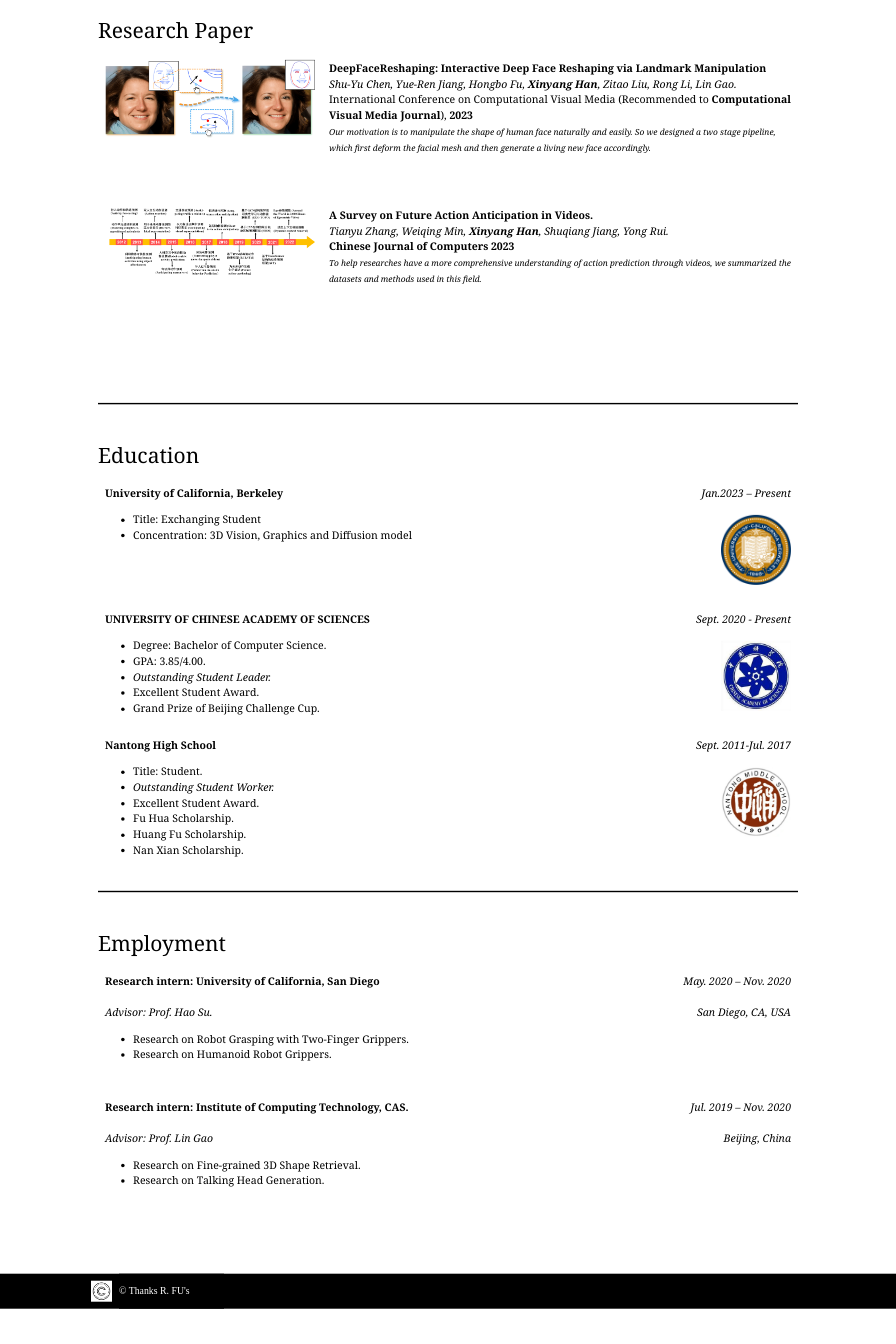
Repository: XinyangHan/XinyangHan.github.io
Page: index.html
These files come from the project's save history. The page is drawn as it stood at one moment and after the next save; the edit follows.
The browser window is 1280 px wide. The pictures show the part of the page from y = 661 to 2581 px (the page is 2581 px tall before and 2102 px after), at 70% of full size.

Above is the page before, as saved 2023-02-11 14:37:39.
Console error (its wording comes from the project's code and is left out).

### index.html
<!DOCTYPE html>
<html>

<head>
	<meta charset="utf-8">
	<meta name="keywords" content="Rao FU, Rao FU, Rao Fu Homepage, Rao Fu Webpage, Rao Fu UCAS, Rao Fu Brown">
	<meta name="description" content="Rao FU's homepage">
	<meta name="viewport" content="width=device-width, initial-scale=1">
	<title>Rao FU | Homepage</title>
	<link href="style.css" rel="stylesheet" />
	<style>
	</style>



</head>

<body>
<!-------------------------------------------------- Header -------------------------------------------------->
<div id="header">
	<h1> Xinyang Han </h1>
	<h2>Computer Vision/Computer Graphics/Deep Learning</h2>
</div><!-- Header -->

<!-------------------------------------------------- Navbar -------------------------------------------------->
<div id="nav-wrapper">
<div id="nav">
			<button class="btn active" onclick="window.location.href = './index.html#content_home';">Home</button>
			<button class="btn" onclick="window.location.href = './index.html#content_project';">Research</button>
			<button class="btn" onclick="window.location.href = './index.html#content_exp';">Experience</button>
			<button class="btn" onclick="window.location.href = './resource/My_CV.pdf'; target='_blank'; ">CV</button>
			<button class="btn" onclick="window.location.href = './index.html#c_contact_biography';">Contact</button>
			<!-- <a href="./index.html#content_home" class="active">Home</a>  -->
			<!-- <a href="./index.html#content_project">Research</a> -->
			<!-- <a href="./index.html#content_exp">Experience</a> -->
			<!-- <a href="./resource/MY_CV.pdf">CV</a> -->
			<!-- <a href="./index.html#c_contact_biography">Contact</a> -->
</div> <!-- #nav -->
</div>

<!-------------------------------------------------- Script -------------------------------------------------->
<script>
	// Get the container element
	var btnContainer = document.getElementById("nav");

	// Get all buttons with class="btn" inside the container
	var btns = btnContainer.getElementsByClassName("btn");

	// Loop through the buttons and add the active class to the current/clicked button
	for (var i = 0; i < btns.length; i++) {
	btns[i].addEventListener("click", function() {
		var current = document.getElementsByClassName("active");
		current[0].className = current[0].className.replace(" active", "");
		this.className += " active";
	});
	}
</script>

<!-------------------------------------------------- Content Home-------------------------------------------------->
<div class="content"  id="content_home">

	<div class="c_home_wrapper">
		<div id="c_biography">
			<strong id="c_font1">Hello,</strong><br>
			<span class="c_font2">a bit about me:</span><br>
			<p class="c_font3">
				I am a concurrent student at UC Berkeley, and an undergraduate an UCAS, where I am happy to work with Prof. Lin Gao and Prof. Shuqiang Jiang.
			</p>
			<p class="c_font3">
				My research intereset lies in 3D Generation models and Logical thinking of artificial intelligence.
			</p>
			<p class="c_font3">
				I am passionate about digital art, reading, hiking and making friends.
			</p>
		</div>

		<div id="c_profile">
			<div class="c_thumbnail">
				<img src="img/round_profile.png" id="buttons" alt="profile_button" >
				<div class="overlay">
					<p>
						勿戳！<br>
						Don't poke my cheeks!<br>
						¡no me toques las mejillas! <br>
						मेरे गाल मत दबाओ! <br>
						আমার গালে খোঁচা দিও না! <br>
						não cutuque minhas bochechas! <br>
						не тыкай меня в щеки! <br>
						私の頬をつつかないで！ <br>
						ਮੇਰੀਆਂ ਗੱਲ੍ਹਾਂ ਨੂੰ ਨਾ ਮਾਰੋ! <br>
						唔好戳我嘅脸颊！<br>
						đừng chọc má tôi!<br>
						నా బుగ్గలు కుట్టకు!<br>
						yanaklarımı dürtme!<br>
						내 뺨을 찌르지 마! <br>
						ne touchez pas mes joues!<br>
						stoß mir nicht in die Wangen!<br>
						என் கன்னங்களை குத்தாதே!<br>
						میرے گالوں کو مت مارو!<br>
						ojo nyocot pipiku!<br>
						non toccarmi le guance!<br>
						لا تكز خدي!<br>
					</p>
				</div>
			</div>
		</div>

		<div id="c_info">
			<!-- <strong id="c_font4">And more</strong><br>
			<strong id="c_font4">about me</strong><br> -->
			<span class="c_font2_1"> and more about me... </span><br>
			<!-- CONTENT TODO -->
			<div class="thumbnail">
				<img src="img/email_icon.jpg" id="button0" alt="email_button" >
				<div class="overlay" onclick="window.location.href = 'hanxinyang20a@mails.ucas.ac.cn';" >
					<p>Email to<br>Say Hi</p>
				</div>
			</div> <!-- .thumbnail -->


			<div class="thumbnail">
				<img src="img/cv_icon.jpg" id="button1" alt="cv_button" >
				<div class="overlay"  onclick="window.location.href='./resource/Xinyang_Han_CV.pdf'; " >
					<p>CV/<br>Resume</p>
				</div>
			</div> <!-- .thumbnail -->

			<!-- <div class="thumbnail">
				<img src="img/gs_icon.png" id="button2" alt="google_button" >
				<div class="overlay" onclick="window.location.href = 'https://scholar.google.com/citations?hl=en&user=VWMWQEcAAAAJ';" >
					<p>Google<br>Scholar</p>
				</div>
			</div>  -->

			<div class="thumbnail">
				<img src="img/linkedin_icon.png" id="button3" alt="lkin_icon" >
				<div class="overlay" onclick="window.location.href = 'https://www.linkedin.com/in/xinyang-han-313bba265/;" >
					<p>LinkedIn<br>Profile</p>
				</div>
			</div> <!-- .thumbnail -->

			<div class="thumbnail">
				<img src="img/ucas_button.png" id="button4" alt="ucas_button" >
				<div class="overlay" onclick="window.location.href = 'https://en.wikipedia.org/wiki/University_of_the_Chinese_Academy_of_Sciences/';" >
					<p>B.E.@<br>UCAS</p>
				</div>
			</div> <!-- .thumbnail -->

			<div class="thumbnail">
				<img src="img/Seal_of_University_of_California,_Berkeley.svg.png" id="button5" alt="brown_button">
				<div class="overlay" onclick="window.location.href = 'https://www.berkeley.edu/';" >
					<p>Exchanging student.@<br>UCB
					</p>
				</div>
			</div> <!-- .thumbnail -->

			<!--<div class="thumbnail">
				<img src="img/cat_icon.jpg" id="button6" alt="cat_button">
				<div class="overlay" onclick="window.location.href = 'https://instagram.com/inocchi_mew?r=nametag';" >
					<p>My Cat<br>Inocchi
					</p>
				</div>
			</div>  .thumbnail -->

			<div class="thumbnail">
				<img src="img/art_icon.jpg" id="button6" alt="art_button">
				<div class="overlay" onclick="window.location.href = './index.html#content_home';" >
					<p>Arts<br>Todo...</p>
				</div>
			</div> <!-- .thumbnail -->

		</div>
	</div><!-- Home Wrapper-->

	<div class="clearfloat"></div>
</div><!-- Content Home-->

<!-------------------------------------------------- Content Project -------------------------------------------------->
<div class="content">

	<div class="c_public_wrapper" id="content_project">
		<div class="c_font1_1">Research Paper</div>

		<div class="c_public">
			<div class="disp_wrapper">
				<!-- <a href="./img/HRFormer.png" data-lightbox="project1" data-title="HRFormer2 Structure"> -->
					<img src="./img/DeepFaceReshaping.png" class="project_img" title="ShapeCrafter Structure">
				<!-- </a> -->
				<!-- <p class="small_font">click image for details</p> -->
			</div>
			<strong>DeepFaceReshaping: Interactive Deep Face Reshaping via Landmark Manipulation</strong>
			<br><em>Shu-Yu Chen, Yue-Ren Jiang, Hongbo Fu, <strong>Xinyang Han</strong>, Zitao Liu, Rong Li, Lin Gao. </em>
			<br>International Conference on Computational Visual Media (Recommended to <strong>Computational Visual Media Journal</strong>), <strong>2023</strong></em>
			<br><em class="small_font">Our motivation is to manipulate the shape of human face naturally and easily. So we designed a two stage pipeline, which first deform the facial mesh and then generate a living new face accordingly.</em>
			<!-- <br><a href="https://arxiv.org/abs/2207.09446" class="small_font">[paper]</a>
			<a href="https://ivl.brown.edu/projects/shapecrafter" class="small_font">[project]</a>	-->
		</div>

		<div class="c_public">
			<div class="disp_wrapper">
				<!-- <a href="./img/HRFormer.png" data-lightbox="project1" data-title="HRFormer2 Structure"> -->
					<img src="./img/ai_prediction.png" class="project_img" title="ShapeCrafter Structure">
				<!-- </a> -->
				<!-- <p class="small_font">click image for details</p> -->
			</div>
			<strong>A Survey on Future Action Anticipation in Videos.</strong>
			<br><em>Tianyu Zhang, Weiqing Min, <strong>Xinyang Han</strong>, Shuqiang Jiang, Yong Rui. </em>
			<br><strong>Chinese Journal of Computers 2023</strong></em>
			<br><em class="small_font">To help researches have a more comprehensive understanding of action prediction through videos, we summarized the datasets and methods used in this field.</em>
			<!-- <br><a href="https://arxiv.org/abs/2207.09446" class="small_font">[paper]</a>
			<a href="https://ivl.brown.edu/projects/shapecrafter" class="small_font">[project]</a>	-->
		</div>

	</div>
	<div class="clearfloat"></div>
</div><!-- Content Project-->

<!-------------------------------------------------- Content Experiment-------------------------------------------------->
<div class="content">

	<div class="c_education_wrapper" id="content_exp">
		<div class="c_font1_1">Education</div>

		<div class="c_education">
			<strong>University of California, Berkeley</strong>
			<em class="dates">Jan.2023 – Present</em>
			<div class="clearfloat"></div>
			<div class="logo_wrapper">
				<img class="schoollogo" src="./img/Seal_of_University_of_California,_Berkeley.svg.png" alt="BROWN Logo" />
			</div>
			<ul>
			<li>Title: Exchanging Student</li>
			<li>Concentration: 3D Vision, Graphics and Diffusion model</li>
			</ul>
		</div>

		<div class="c_education">
			<strong>UNIVERSITY OF CHINESE ACADEMY OF SCIENCES</strong>
			<em class="dates">Sept. 2020 - Present</em>
			<div class="clearfloat"></div>
			<div class="logo_wrapper">
				<img class="schoollogo" src="./img/cas_logo.jpg" alt="CAS Logo" />
			</div>
			<ul>
			<li>Degree: Bachelor of Computer Science.</li>
			<li>GPA: 3.85/4.00.</li>
			<!-- <li>Core GPA: 3.82/4.00.</li> -->
			<li><em>Outstanding Student Leader.</em> </li>
			<li><em></em>Excellent Student Award.</em></li>
			<li><em></em>Grand Prize of Beijing Challenge Cup.</em></li>
			</ul>
		</div>

		<!-- <div class="c_education">
			<strong>UNIVERSITY OF SOUTHERN CALIFORNIA</strong>
			<em class="dates">Jan. 2020-May. 2020</em>
			<div class="clearfloat"></div>
			<div class="logo_wrapper">
				<img class="schoollogo" src="./img/usc_logo.png" alt="USC Logo" />
			</div>
			<ul>
			<li>Title: Visiting Student.</li>
			<li>GPA: 4.00/4.00.</li>
			</ul>

		</div> -->

		<div class="c_education">
			<strong>Nantong High School</strong>
			<em class="dates">Sept. 2011-Jul. 2017</em>
			<div class="clearfloat"></div>
			<div class="logo_wrapper">
				<img class="schoollogo" src="./img/nantong.png" alt="USC Logo" />
			</div>
			<ul>
			<li>Title: Student.</li>
			<!-- <li>GPA: 3.9/4.0.</li> -->
			<li><em>Outstanding Student Worker.</em> </li>
			<li><em></em>Excellent Student Award.</em></li>
			<li><em></em>Fu Hua Scholarship.</em></li>
			<li><em></em>Huang Fu Scholarship.</em></li>
			<li><em></em>Nan Xian Scholarship.</em></li>
			</ul>

		</div>
	</div>

	<div class="c_intern_wrapper">
		<div class="c_font1_1">Employment</div>
		<div class="c_intern">
			<strong>Research intern: University of California, San Diego</strong>
				<em class="dates">May. 2020 – Nov. 2020</em>
			<br><br><em>Advisor: Prof. Hao Su.</em><em class="dates">San Diego, CA, USA</em>
			<ul>
				<li>Research on Robot Grasping with Two-Finger Grippers.</li>
				<li>Research on Humanoid Robot Grippers.</li>
			</ul>
		</div>

		<div class="c_intern">
				<strong>Research intern: Institute of Computing Technology, CAS.</strong>
					<em class="dates">Jul. 2019 – Nov. 2020</em>
				<br><br><em>Advisor: Prof. Lin Gao</em> <em class="dates">Beijing, China</em>
				<ul>
					<li>Research on Fine-grained 3D Shape Retrieval.</li>
					<li>Research on Talking Head Generation.</li>
				</ul>
		</div>
	</div>

	<div class="clearfloat"></div>

</div><!-- Content Experiment-->

<!-------------------------------------------------- Content Contact-------------------------------------------------->
<!--<div class="content">
	<div class="c_contact_wrapper">
	<!-- 	<div id="c_contact_biography">
			<span class="c_font1_1">Contact me:</span><br>
			<p class="c_font3">
			Email: <a href="mailto:rao_fu@brown.edu">rao_fu@brown.edu</a>
			</p>
			<p class="c_font3">
			Mail: Brown University Box 1910, Providence, RI 02912
			</p>
		</div> -->

		<!--<div id="c_contact_profile">
			<span class="c_font1_1">Buy me a Boba:</span><br>
			<p class="c_font3">
			If you like my homepage and think it's useful, welcome to buy me a Boba via Wechat or Paypal down here:
			</p>
			<div id="c_contact_thumbnail_1">
			</div>
			<div id="c_contact_thumbnail_2">
			</div>
		</div>

		<div class="clearfloat"></div>
	</div><!-- Content Contact Wrapper-->
<!--</div> Content Contact -->


<div class="clearfloat"></div>
<!-------------------------------------------------- Footer -------------------------------------------------->
<div id="footer">
	<!-- <div class="b_thumbnail">
		<img class="b_img" src="img/i3.png" alt="email">
	</div>
	<div class="b_font">
		<a href="mailto:rao_fu@brown.edu">rao_fu@brown.edu</a>
	</div>
	<div class="b_thumbnail">
		<img class="b_img" src="img/i4.png" alt="git">
	</div>
	<div class="b_font">
		<a href="https://github.com/freddierao">github.com/freddierao</a>
	</div>	 -->
	<div class="b_thumbnail">
		<img class="b_img" src="img/i2.png" alt="copyright">
	</div>
	<div class="b_font">
		&copy; Thanks R. FU's template.
	</div>
	<div class="clearfloat"></div>
</div><!-- Footer -->
<script>
window.onscroll = function() {myFunction()};

var navbar = document.getElementById("nav-wrapper");
var sticky = navbar.offsetTop;

function myFunction() {
  if (window.pageYOffset >= sticky) {
    navbar.classList.add("sticky")
  } else {
    navbar.classList.remove("sticky");
  }
}
</script>
</body>
</html>

### style.css
	body{
		margin: 0px;
		background-color: #ffffff;
		/*padding-top:160px;*/
	}
	h1{
		margin: 0px;
		font-family: Times, Times New Roman, serif;
		color: #2e312f;
		font-size: 45px;
	}
	h2{
		margin: 0px;
		font-family: Times, Times New Roman, serif;
		color: #2e312f;
		font-size: 16px;
	}
	#header{
		width: 1000px;
		height: 100px;
		margin-left: auto;
		margin-right: auto;
		margin-top: 10px;
		/*border-bottom: 1px solid black;*/
		text-align: center;
		text-shadow: 1px 5px 10px #000;
		/*position: relative;*/
		/*position: fixed;*/
	}

	.content {
		position: relative;
		width: 1000px;
		line-height:1.5;
		margin-left: auto;
		margin-right: auto;
		margin-bottom: 30px;
		margin-top: 30px;
	}

	.content_home {
		position: relative;
		width: 1000px;
		line-height:1.5;
		margin-left: auto;
		margin-right: auto;
		margin-bottom: 30px;
		margin-top: 30px;
	}

	.content_edu {
		position: relative;
		width: 1000px;
		line-height:1.5;
		margin-left: auto;
		margin-right: auto;
		margin-bottom: 30px;
		margin-top: 30px;
	}

	.content_project {
		position: relative;
		width: 1000px;
		line-height:1.5;
		margin-left: auto;
		margin-right: auto;
		margin-bottom: 30px;
		margin-top: 30px;
	}

	#footer {
		/*height:50px;			*/
		background-color: black;
		color: #ffffff;
		text-align: left;
		font-size:1em;
		line-height:50px;
		padding:0px 120px;
	}

	#footer a:link {
		color: #ffffff;
		background-color: transparent;
		/* text-decoration: none; */
	}

	#footer a:visited {
		color: #ffffff;
		background-color: transparent;
		/* text-decoration: none; */
	}
	.clearfloat {
		clear: both;
	}

	#c_biography{
		margin-top: 0px;
		margin-bottom: 0px;
		margin-left: 0px;
		margin-right: 0px;
		padding-left: 10px;
		padding-right: 10px;
		width: 580px;
		height: 300px;
		float: left;
		/* background-color: red; */
	}

	#c_biography a:link {
		color: #990000;
		background-color: transparent;
		/* text-decoration: none; */
	}

	#c_biography a:visited {
		color: #990000;
		background-color: transparent;
		/* text-decoration: none; */
	}

	#c_contact_biography{
		margin-top: auto;
		margin-bottom: 0px;
		margin-left: 10px;
		margin-right: 10px;
		padding-top: 50px;
		width: 400px;
		height: 320px;
		float: left;
		/* background-color: red; */
	}


	#c_contact_biography a:link {
		color: #990000;
		background-color: transparent;
		/* text-decoration: none; */
	}

	#c_contact_biography a:visited {
		color: #990000;
		background-color: transparent;
		/* text-decoration: none; */
	}

	#c_profile{
		margin-top: 0px;
		margin-bottom: 0px;
		margin-left: 0px;
		margin-right: 0px;
		width: 400px;
		height: 300px;
		float: left;
		/* background-color: green; */
	}

	#c_contact_profile{
		margin-top: auto;
		margin-bottom: 40px;
		padding-top: 10px;
		padding-left: 10px;
		padding-right: 10px;
		width: 980px;
		height: 320px;
		float: left;
		/* background-color: green; */
	}

	#c_info{
		margin-top: 0px;
		margin-bottom: 0px;
		margin-left: 0px;
		margin-right: 0px;
		padding-left: 20px;
		padding-right: 20px;
		width: 960px;
		height: 100px;
		float: right;
		/* background-color: blue; */
	}

	/* #c_thumbnail {
		background-image: url('img/profile.jpg');
		width: 300px;
		height: 300px;
		background-position: right;
		background-size: cover;
		float: left;
		border: 0px solid #000;
		border-radius: 50%;
		overflow: hidden;
	} */

	#c_contact_thumbnail_1 {
		background-image: url('img/donate.jpg');
		width: 200px;
		height: 200px;
		margin: 10px;
		background-position: right;
		background-size: cover;
		float: left;
		border: 2px solid #ffffff;
		border-radius: 50%;
		overflow: hidden;
	}

	#c_contact_thumbnail_2 {
		background-image: url('img/donate_paypal.jpg');
		width: 200px;
		height: 200px;
		margin: 10px;
		background-position: right;
		background-size: cover;
		float: left;
		border: 2px solid #ffffff;
		border-radius: 0%;
		overflow: hidden;
	}

	.c_education_wrapper, .c_intern_wrapper, .c_public_wrapper, .c_project_wrapper, .c_contact_wrapper{
		border-top: 2px solid black;
	}

	.c_home_wrapper, .c_contact_wrapper{
		margin-top: 20px;
		margin-bottom: auto;
		margin-right: auto;
		margin-left: auto;
		width: 1000px;
		float: left;
	}
	.c_education_wrapper, .c_intern_wrapper{
		margin-top: auto;
		margin-right: auto;
		margin-left: auto;
		padding-top: 50px;
		padding-bottom: 50px;
		width: 1000px;
		float: left;
	}

	.c_education, .c_intern{
		padding-top: 10px;
		padding-left: 10px;
		padding-right: 10px;
		width: 980px;
		height: 160px;
		margin-top: 10px;
		margin-bottom: 10px;
		margin-right: auto;
		margin-left: auto;
		background-color:#ffffff;
		font-size: 15px;
		font-family:Georgia, serif;
		/*background-color: green;*/
	}

	.c_public_wrapper, .c_project_wrapper{
		margin-top: auto;
		margin-right: auto;
		margin-left: auto;
		padding-top: 50px;
		padding-bottom: 50px;
		width: 1000px;
		float: left;
	}

	.c_public, .c_project{
		padding-top: 10px;
		padding-left: 10px;
		padding-right: 10px;
		padding-bottom: 10px;
		margin-top: 10px;
		margin-bottom: 10px;
		margin-right: auto;
		margin-left: auto;
		width: 980px;
		height: 180px;
		background-color:#ffffff;
		line-height: 1.5;
		font-size: 15px;
		font-family:Georgia, serif;
	}

	#c_font1{
		font-size: 40px;
	}

	.c_font1_1{
		font-size: 30px;
		font-family:Georgia, serif;
	}

	.c_font2{
		font-size: 20px;
	}
	.c_font2_1{
		font-size: 18px;
	}
	.c_font3{
		font-size: 15px;
		font-family:Georgia, serif;
	}
	#c_font4{
		color: #0000;
		font-size: 40px;
	}

	#buttons{
		height: auto;
		width: 100%;
	}
	#button0{
		height: auto;
		width: 100%;
	}
	#button1{
		height: auto;
		width: 100%;
	}
	#button2{
		height: 100%;
		width: auto;
	}
	#button3{
		height: 100%;
		width: auto;
		background-position: center;
	}
	#button4{
		height: 100%;
		width: auto;
	}
	#button5{
		height: 100%;
		width: auto;

	}
	#button6{
		height: 100%;
		width: auto;
	}

	#nav-wrapper {
		background-color: #ffffff;

/*			top: 0px;
		left: 0px;
		right: 0px;*/
		z-index: 1;
	}

	#nav {
		width: 500px;
		margin-left: auto;
		margin-right: auto;
/*			margin-bottom: 30px;*/
		padding: 0px 250px;
		font-size:0;
		background-color: black;
		z-index: 1;
	}

	#nav a {
		text-decoration: none;
		background-color: black;
		width: 100px;
		height: 40px;
		line-height: 40px;
		display: inline-block;
		text-align: center;
		color: white;
		font-size:14px;
	}

	#nav a:hover {
		background-color: #2e312f;
		color: white;
	}

	#nav a.active {background-color:maroon;color:#ffffff;}

	.btn {
		border: none;
		outline: none;
		cursor: pointer;
		text-decoration: none;
		background-color: black;
		width: 100px;
		height: 40px;
		line-height: 40px;
		display: inline-block;
		text-align: center;
		color: white;
		font-size:14px;
	  }

	.btn:hover {
		background-color:maroon;
		color:#ffffff;
	}

	.active {
		background-color:maroon;
		color:#ffffff;
	}

	.dates{
		float:right;
	}
	.logo_wrapper{
		margin-top: 20px;
		float:right;
	}
	.schoollogo{
		width:auto;
		height: 100px;
	}

	.disp_wrapper{
		/*margin-top: 20px;*/
		width: 360;
		height: 300;
		float:left;
		text-align: center;
		margin: 0px 20px 0px 0px;
	}

	.project_img{
		width:300px;
		height: auto;
	}
	.project_img2{
		width: auto;
		height: 200px;
	}

	.small_font{
		font-size: 0.8em;
		line-height: 0.4;
	}

	.dates{
		float:right;
	}

	.b_thumbnail{
		float: left;
		background-color: white;
		width: 30px;
		height: 30px;
		margin: 10px 10px;
		background-position: center;
		background-size: cover;
	}
	.b_img{
		height: 100%;
		width: auto;
	}
	.b_font{
		float: left;
		height: 50px;
		width: 150px;
		margin: 0px 50px 0px 0px;
		font-size: 14px;
		background-color: black;
	}

	.thumbnail {
		background-color: #ffffff;
		width: 60px;
		height: 60px;
		float: left;
		margin:5px;
/*		border: 1px solid #000;*/
		overflow: hidden;
		border-radius: 50%;
		/* add relative position */
		position:relative;
		text-align: center;
		color: white;
		font-size: 0.6em;
		cursor: pointer;

	}
	.thumbnail p {
		margin-top:12px;

	}

	.overlay {
		/*background:#000; */
		background-color: rgba(0, 0, 0, 0.6);
		color:#ffffff;
		position:absolute;
		top:0;
		left:0px;
		right:0px;
		bottom:0px;
		text-align:center;
		visibility:hidden;
		/*padding-top:35%;*/
	}
		/* Add the overlay hover effect */
	.thumbnail:hover .overlay {
		visibility:visible;
	}
	.c_thumbnail {
		background-color: #ffffff;
		width: 300px;
		height: 300px;
		float: left;
		margin:0px;
/*		border: 1px solid #000;*/
		overflow: hidden;
		border-radius: 50%;
		/* add relative position */
		position:relative;
		text-align: center;
		color: white;
		font-size: 0.6em;
		cursor: pointer;
	}
	.c_thumbnail p {
		margin-top:0px;

	}
	.c_thumbnail:hover .overlay  {
		visibility:visible;
	}
	.sticky {
	  position: fixed;
	  top: 0;
	  width: 100%;
	}

	.sticky + .content {
	  padding-top: 60px;
	}

	@media (max-width:991px) {
		#header, #content, .c_education_wrapper, .c_intern_wrapper,.c_education, .c_intern, .c_public_wrapper, .c_project_wrapper, .c_public, .c_project {width:auto; margin-left: 5%;margin-right: 5%;}
		#nav{width:25%;}
		.b_font,.b_thumbnail{width: 100%; margin: 0px;}
		#footer{
			width: auto;
		}
	}

	/* Mobile – Screen Sizes ≤ 767px */

	@media (max-width:767px) {
		body {padding:0;}
		#nav {position:static; width:25%;}

	}

After the next save:
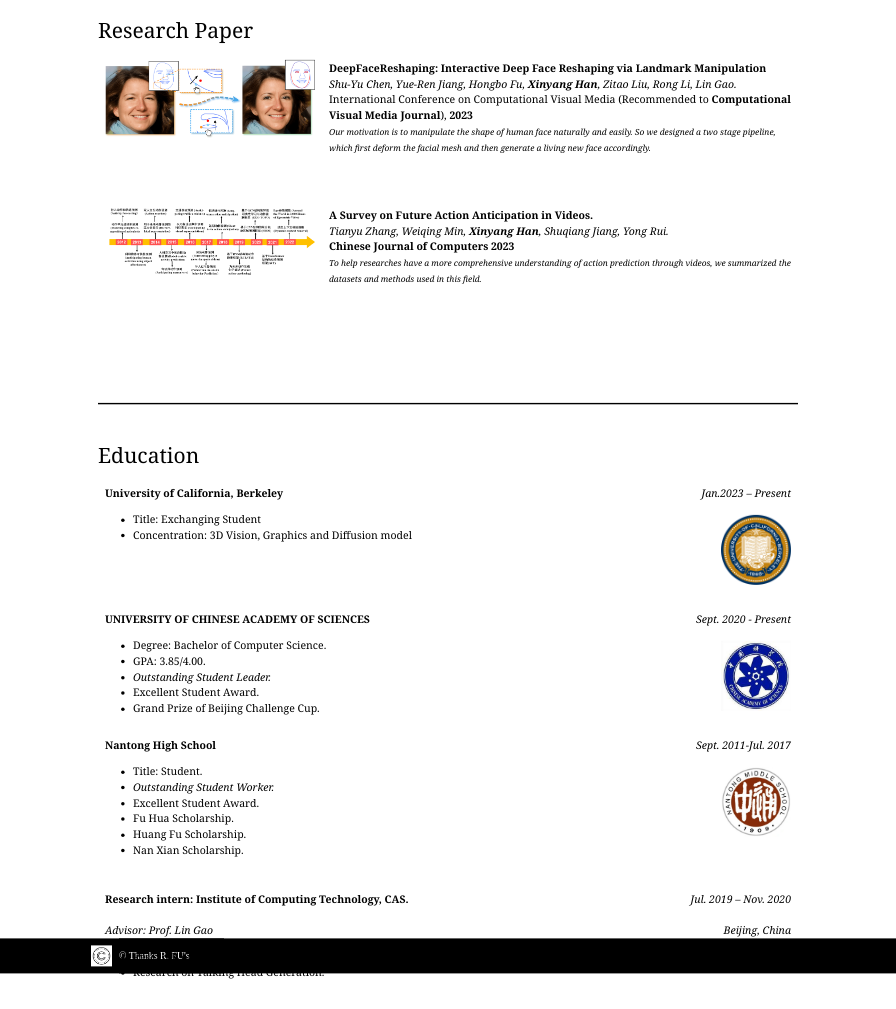
Saved 10 s later.
--- a/index.html
+++ b/index.html
@@ -285,17 +285,7 @@
 		</div>
 	</div>
 
-	<div class="c_intern_wrapper">
-		<div class="c_font1_1">Employment</div>
-		<div class="c_intern">
-			<strong>Research intern: University of California, San Diego</strong>
-				<em class="dates">May. 2020 – Nov. 2020</em>
-			<br><br><em>Advisor: Prof. Hao Su.</em><em class="dates">San Diego, CA, USA</em>
-			<ul>
-				<li>Research on Robot Grasping with Two-Finger Grippers.</li>
-				<li>Research on Humanoid Robot Grippers.</li>
-			</ul>
-		</div>
+
 
 		<div class="c_intern">
 				<strong>Research intern: Institute of Computing Technology, CAS.</strong>
